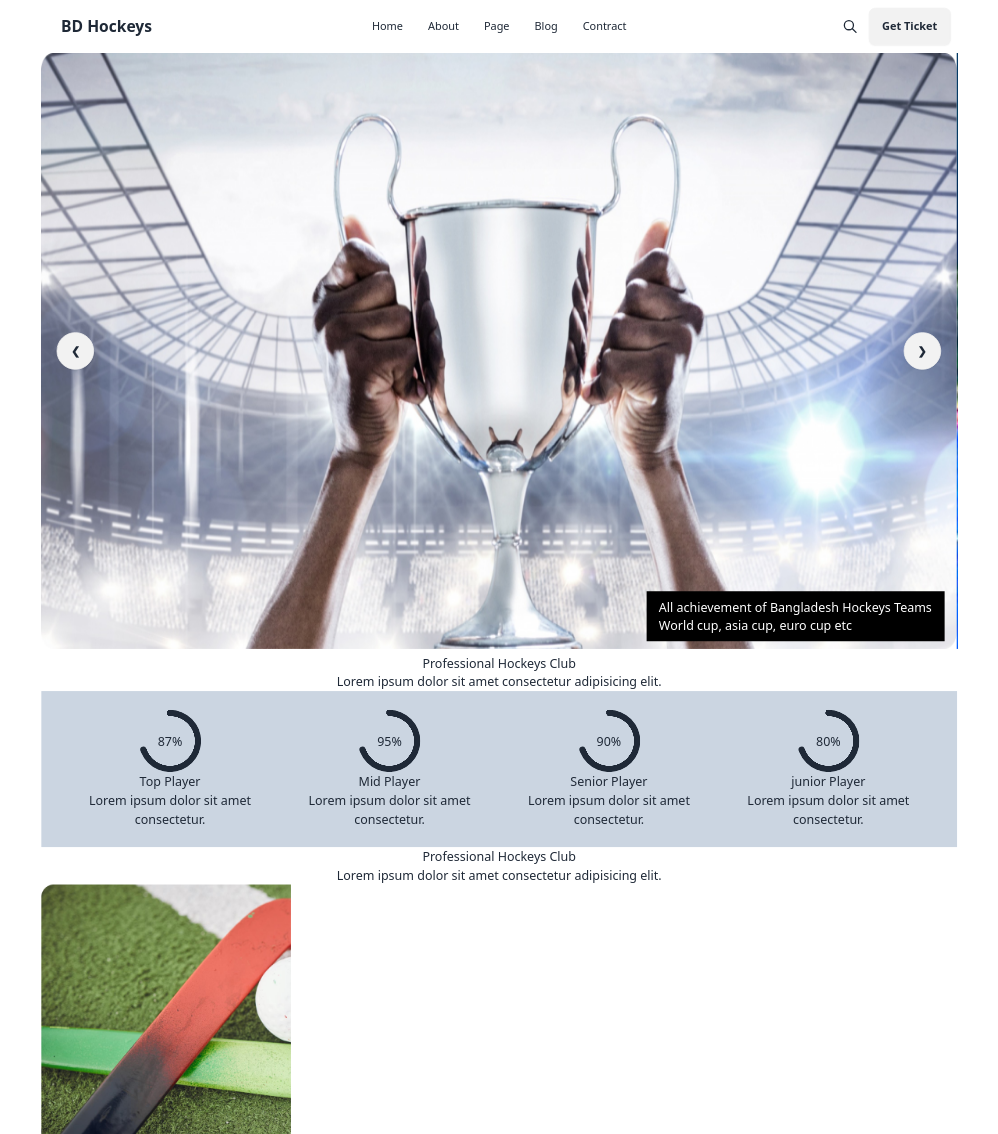
Repository: sumonkumarsarkar/bd-hockeys-team
Page: index.html
The author's editor kept a copy of each file at every save. The page is drawn from the files as they stood at one save, then again after the next save.
The browser window is 1280 px wide. The pictures show the whole page, at 78% of full size.
Some web libraries are served in a nearby version.

Above is the page before, as saved 2024-01-23 13:21:01.

After the next save:
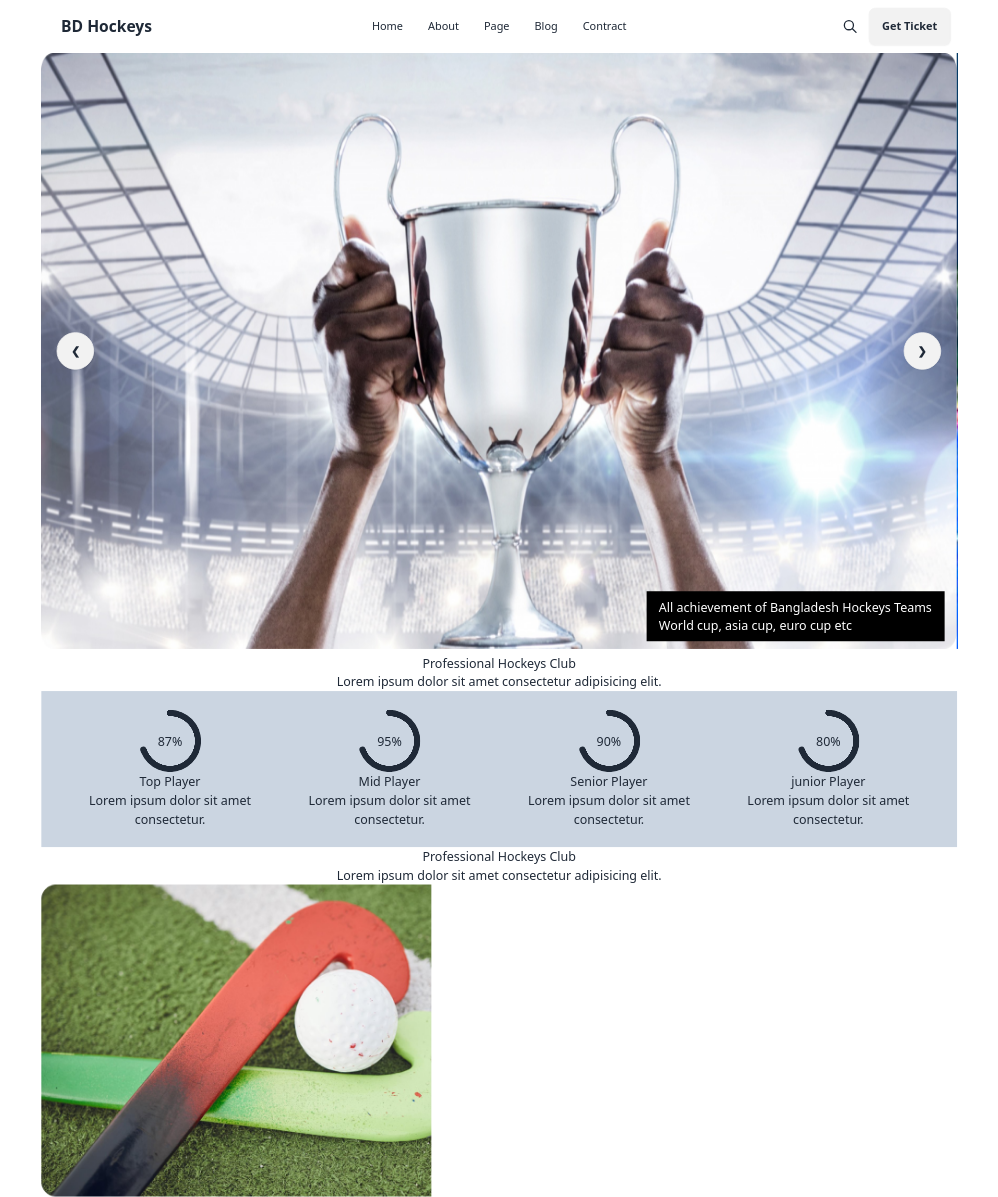
Saved 107 s later.
--- a/index.html
+++ b/index.html
@@ -144,7 +144,7 @@
  <!-- banner part  -->
 <div>
     <div class="">
-       <div class="bg-[url('./Images/2.png')] w-80 h-80"></div>
+       <div class="bg-[url('./Images/2.png')] w-[500px] h-[400px] bg-cover"></div>
     </div>
 </div>
 
